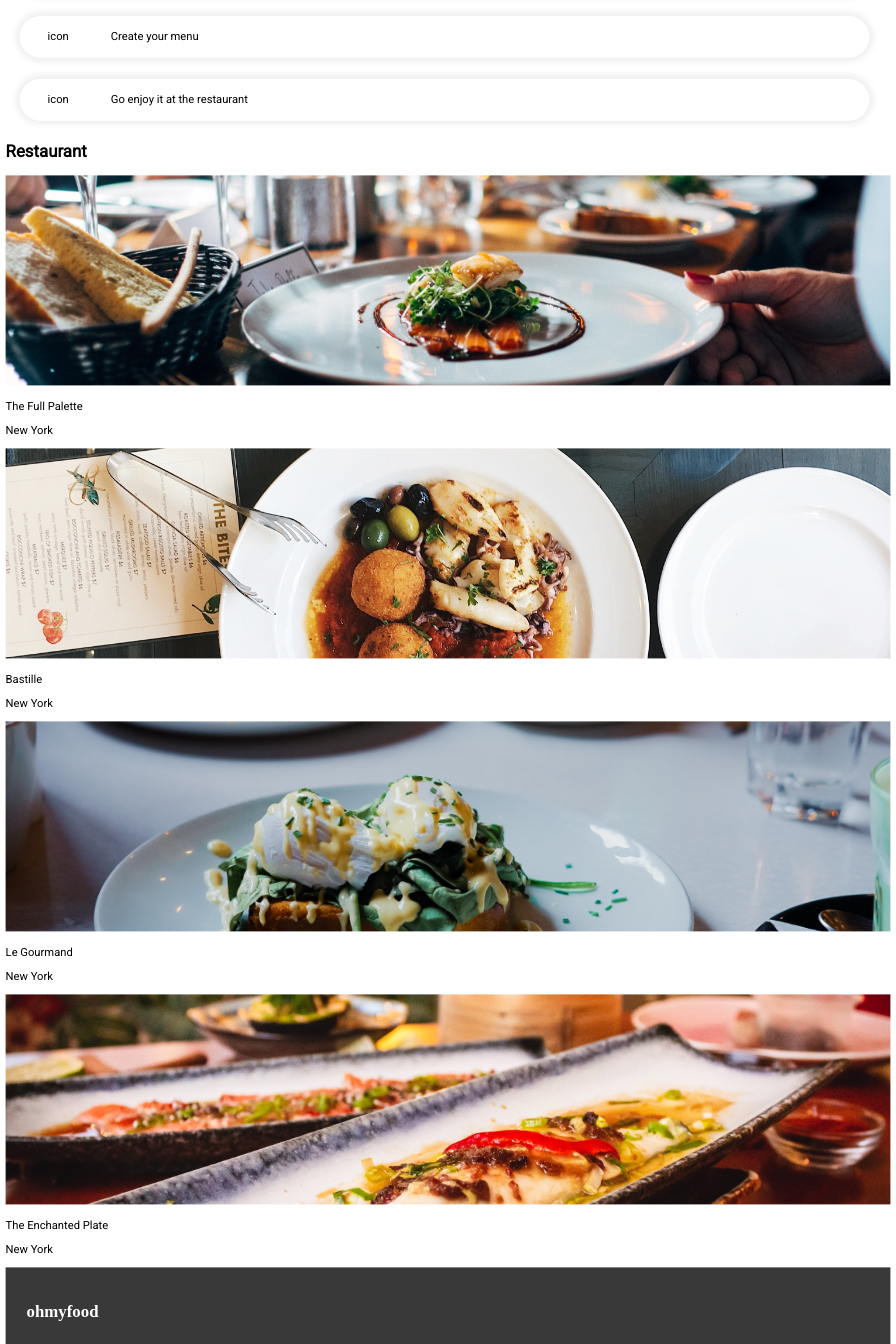
Repository: ailahin/ohmyfood
Page: Index.html
These files come from the project's save history. The page is drawn as it stood at one moment and after the next save; the edit follows.
The browser window is 1280 px wide. The pictures show the part of the page from y = 462 to 2382 px (the page is 2596 px tall before and 3796 px after), at 70% of full size.
Some web fonts or font styles are not loaded; a fallback is used.

Above is the page before, as saved 2023-08-12 20:37:25.

After the next save:
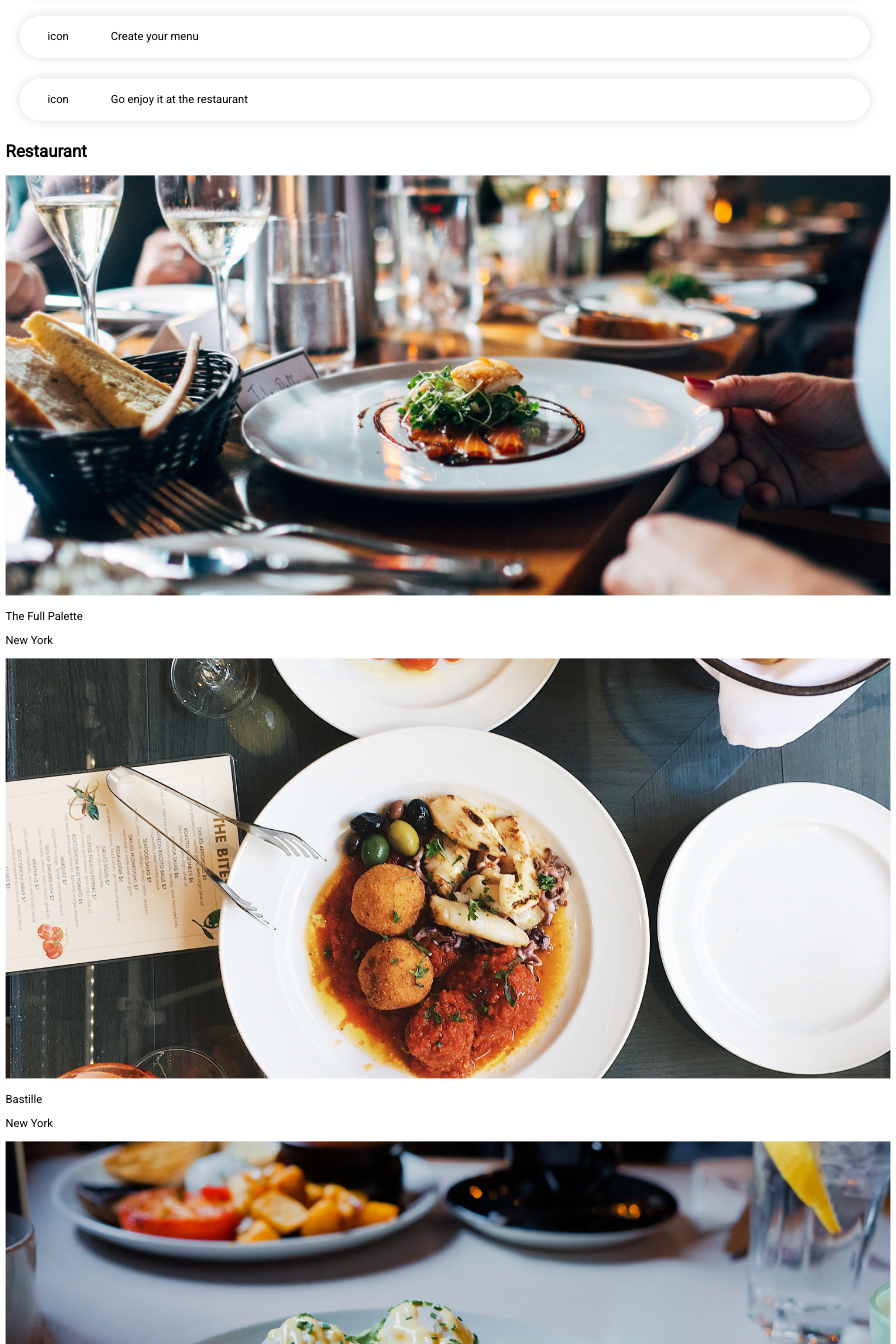
Saved 32 min 46 s later.
--- a/index.css
+++ b/index.css
@@ -98,7 +98,7 @@
     height: 300px;
     width: 100%;
     object-fit: cover;
-    zoom: 0;
+    zoom: 2;
 
 }
 

After the save that followed:
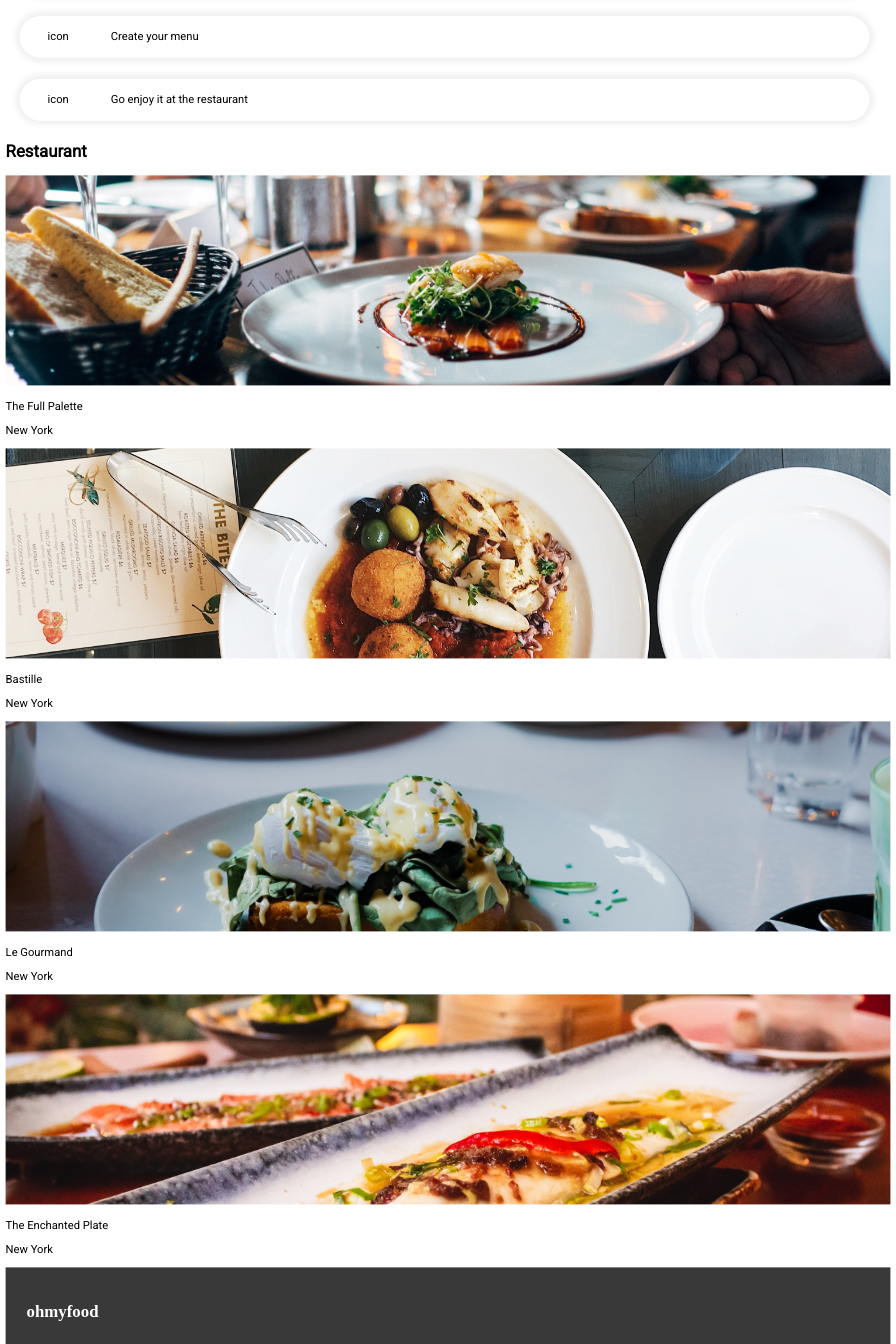
Saved 8 s later.
--- a/index.css
+++ b/index.css
@@ -98,7 +98,7 @@
     height: 300px;
     width: 100%;
     object-fit: cover;
-    zoom: 2;
+    zoom: 1;
 
 }
 
